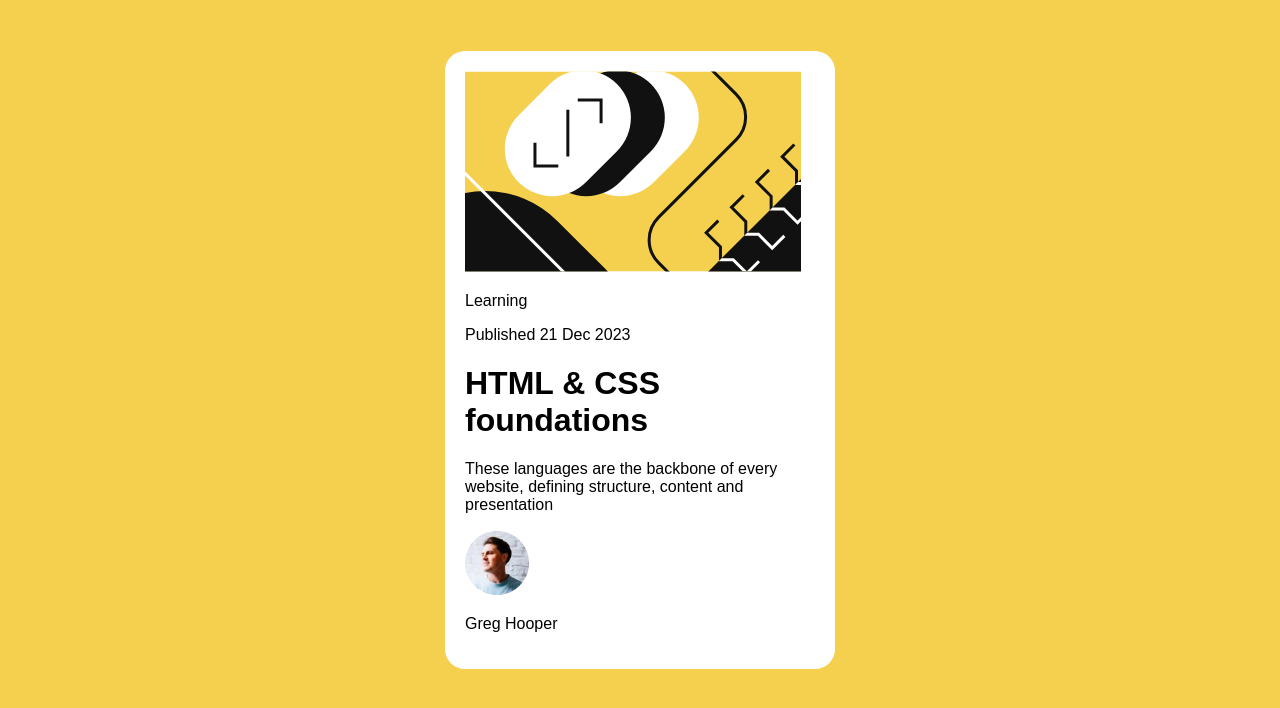
Repository: brandontaylor1/blogpreviewcard
Page: index.html
The author's editor kept a copy of each file at every save. The page is drawn from the files as they stood at one save, then again after the next save.
The browser window is 1280 px wide. The pictures show the whole page.

Above is the page before, as saved 2024-12-25 10:57:56.

### index.html
<!DOCTYPE html>
<html lang="en">
<head>
    <meta charset="UTF-8">
    <meta name="viewport" content="width=device-width, initial-scale=1.0">
    <link rel="stylesheet" href="./index.css">
    <title>HTML & CSS Foundations</title>
</head>
<body>
    <main class="container">
        <div class="img-container">
            <img src="./images/illustration-article.svg" alt="">
        </div>
        <div class="card-content">
            <p>Learning</p>
            <p>Published 21 Dec 2023</p>
            <h1>HTML & CSS foundations</h1>
            <p>These languages are the backbone of every website, defining structure, content and presentation</p>
        </div>
        <div class="user-footer">
            <img src="./images/image-avatar.webp" alt="person-image">
            <p>Greg Hooper</p>
        </div>
    </main>

    <script src="index.js"></script>
</body>
</html>

### index.css
:root {
    /* COLORS */
    --primary-yellow: hsl(47, 88%, 63%);
    --primary-white: hsl(0, 0%, 100%);
    --primary-gray-reg: hsl(0, 0%, 42%);
    --primary-gray-bold: hsl(0, 0%, 7%);

    --main-font-size: 16px;

    --main-font-family: 'Figtree', sans-serif;
    --main-font-weight-reg: 500;
    --main-font-weight-bold: 800;
}


body {
    box-sizing: border-box;
    margin: 0;
    padding: 0;
    height: 100vh;
    font-family: var(--main-font-family);
    display: flex;
    align-items: center;
    justify-content: center;
    background-color: var(--primary-yellow);
}


.container {
    max-width: 1440px;
    margin: 0 auto;
    padding: 0 20px;
    background-color: var(--primary-white);
    width: 350px;
    padding: 20px;
    border-radius: 20px;
}

Loaded but not shown: index.js (no stored copy; drawn as an empty file)

After the next save:
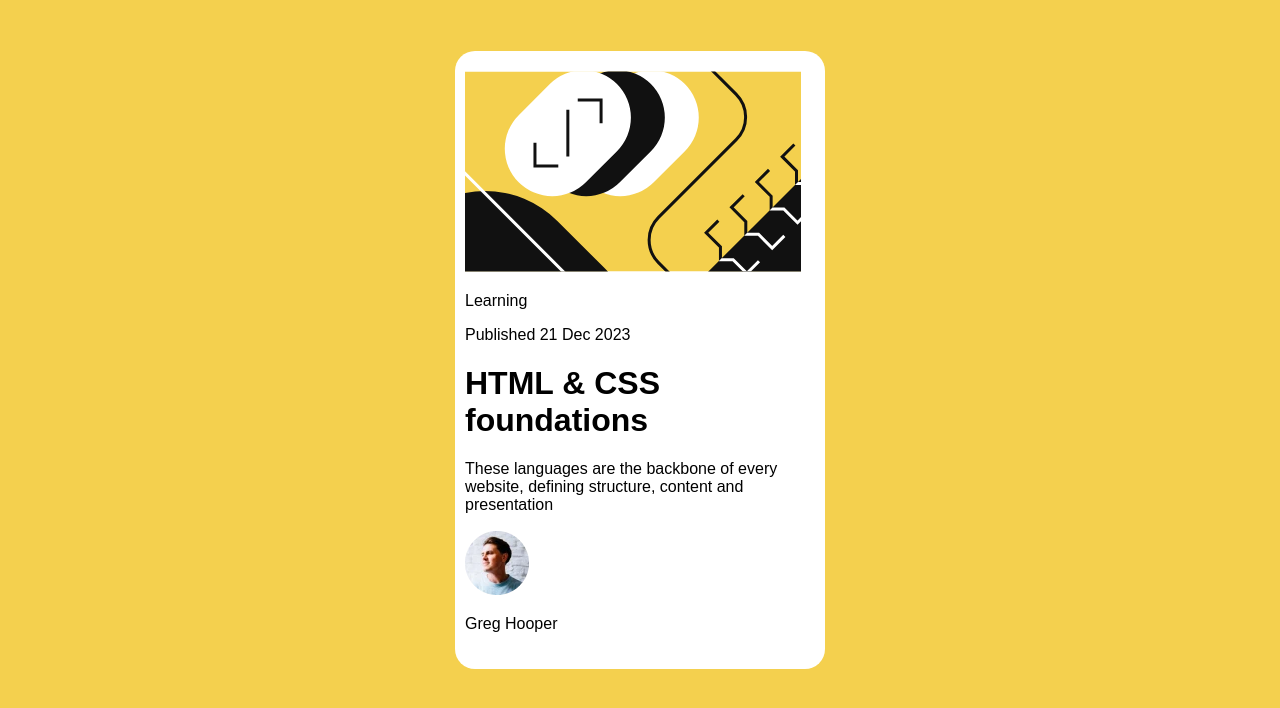
Saved 16 s later.
--- a/index.css
+++ b/index.css
@@ -32,6 +32,6 @@
     padding: 0 20px;
     background-color: var(--primary-white);
     width: 350px;
-    padding: 20px;
+    padding: 20px 10px;
     border-radius: 20px;
 }

After the save that followed:
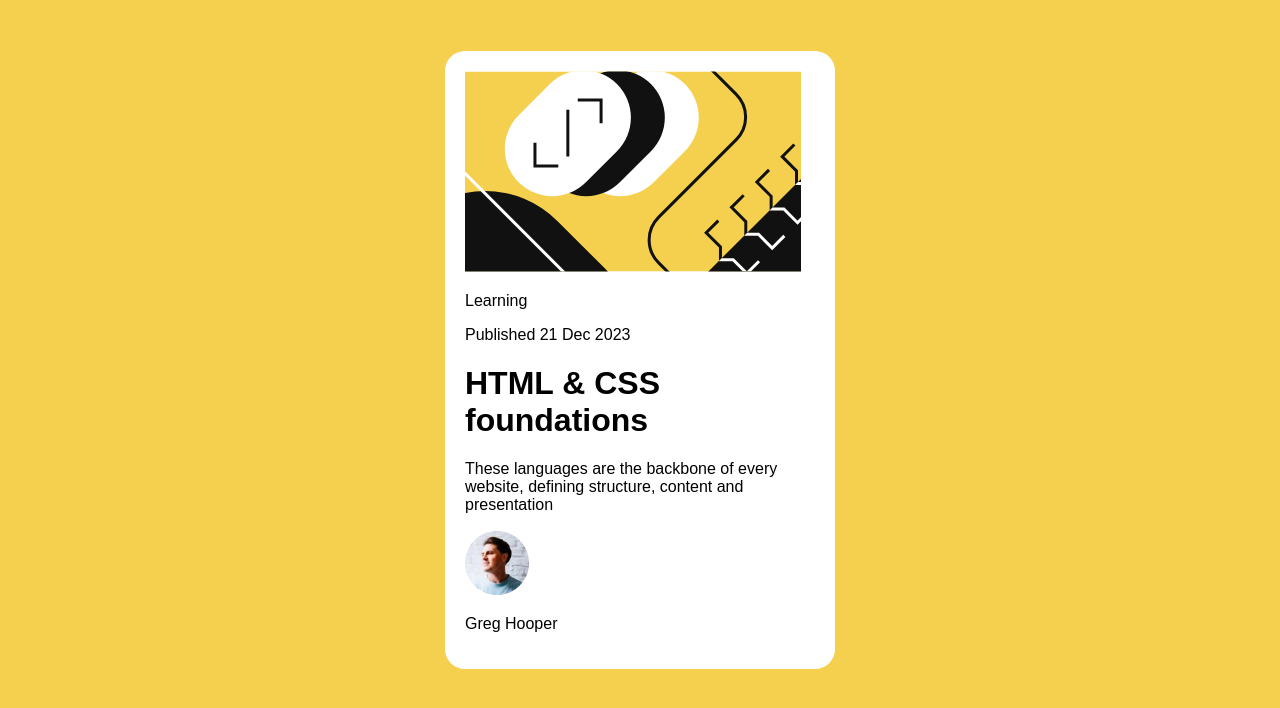
Saved 6 s later.
--- a/index.css
+++ b/index.css
@@ -32,6 +32,6 @@
     padding: 0 20px;
     background-color: var(--primary-white);
     width: 350px;
-    padding: 20px 10px;
+    padding: 20px;
     border-radius: 20px;
 }
